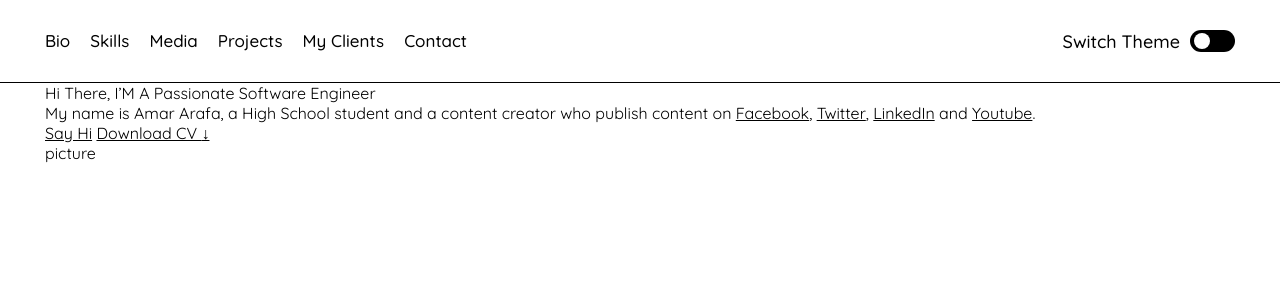
Repository: benarafa1/personal-website
Page: index.html
These files come from the project's save history. The page is drawn as it stood at one moment and after the next save; the edit follows.
The browser window is 1280 px wide. The pictures show the whole page.

Above is the page before, as saved 2025-04-12 06:09:33.

After the next save:
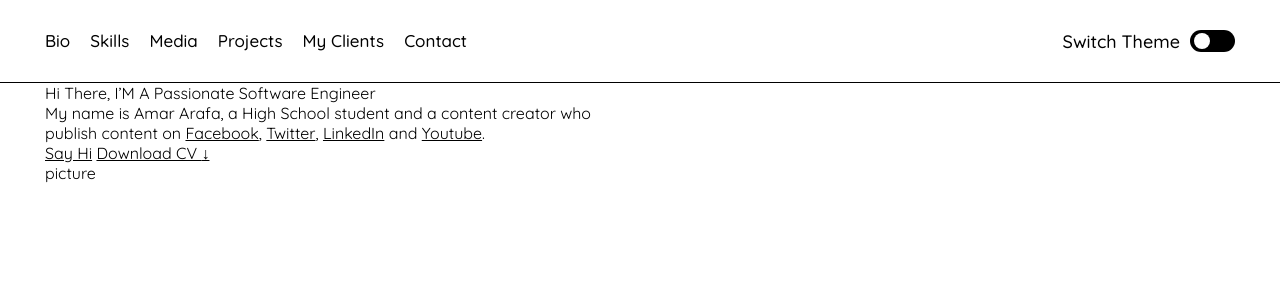
Saved 87 s later.
--- a/style.css
+++ b/style.css
@@ -152,7 +152,13 @@ html {
   transform: translateX(2.1rem);
 }
 /* toggle end */
-
+.section {
+  display: grid;
+  align-items: start;
+}
 /* bio component start */
-
+.bio {
+  grid-template-columns: repeat(2, 1fr);
+  gap: ;
+}
 /* bio component end */
